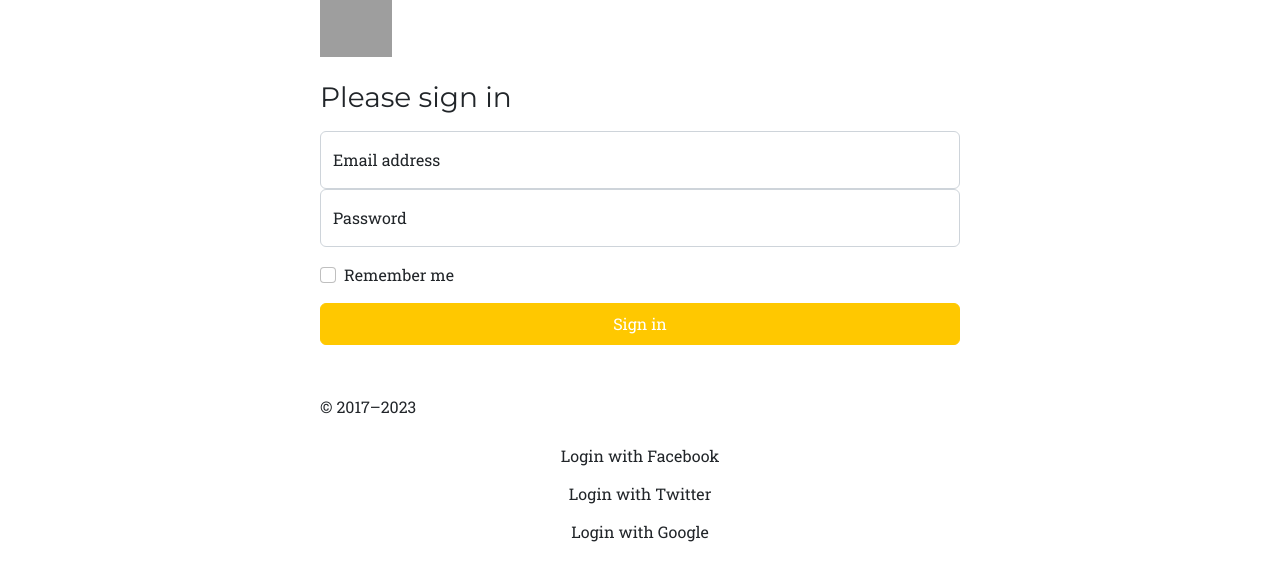
Repository: aquilesascar/TCC_1
Page: Tela Inicial/html/loginteste.html
The author's editor kept a copy of each file at every save. The page is drawn from the files as they stood at one save, then again after the next save.
The browser window is 1280 px wide. The pictures show the whole page.
Pictures or frames that could not be fetched are drawn as grey boxes. Some icons come from a web library that is not loaded, so they are not drawn. Some web libraries are served in a nearby version.

Above is the page before, as saved 2023-07-10 13:50:05.

After the next save:
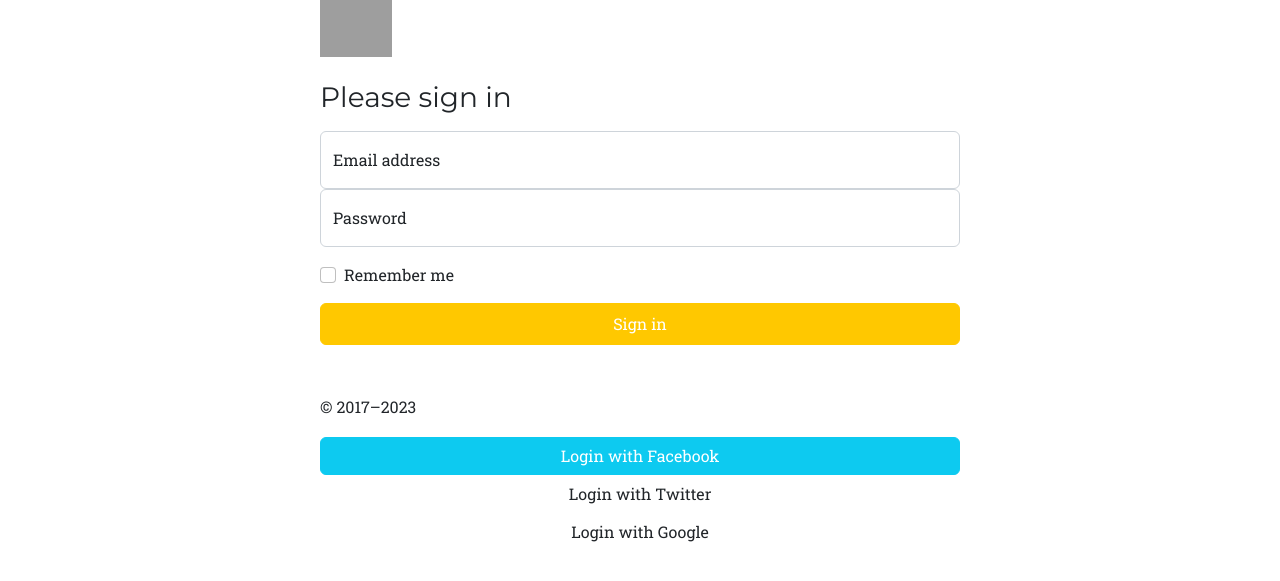
Saved 11 s later.
--- a/Tela Inicial/html/loginteste.html
+++ b/Tela Inicial/html/loginteste.html
@@ -50,7 +50,7 @@
         </form>
 
         <div class="social-login">
-            <a href="#" class="facebook btn btn- d-flex justify-content-center align-items-center">
+            <a href="#" class="facebook btn btn-info d-flex justify-content-center align-items-center">
               <span class="icon-facebook mr-3"></span> Login with Facebook
             </a>
             <a href="#" class="twitter btn d-flex justify-content-center align-items-center">
